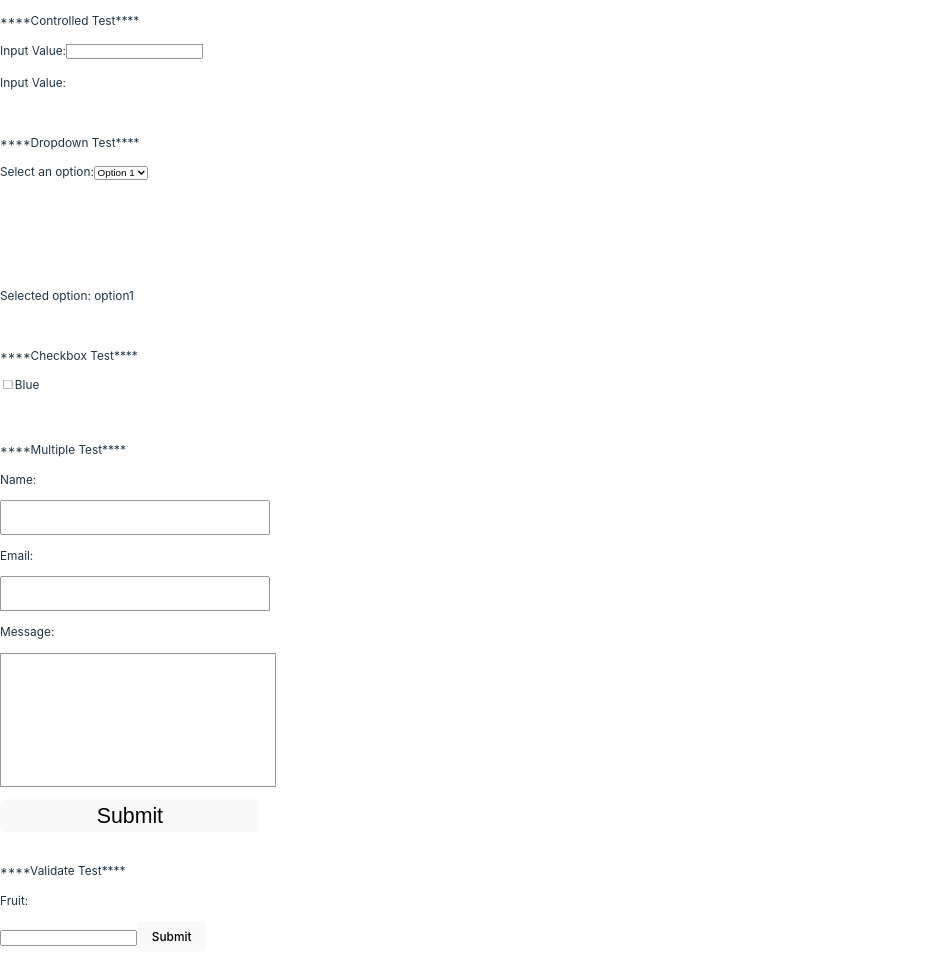
Repository: MariJafari/React-Form
Page: / (app in Desktop/Vite_jsx (3)/Vite_jsx/React Forms/)
These files come from the project's save history. The page is drawn as it stood at one moment and after a run of saves; the edit follows.
The browser window is 1280 px wide. The pictures show the whole page, at 74% of full size.
The project was rebuilt for these pictures with package versions that can differ from the ones it lists, and the page was loaded fresh each time. Also part of the build but not shown: Desktop/Vite_jsx (3)/Vite_jsx/React Forms/vite.config.js.

Above is the page before, as saved 2023-10-28 21:49:01.

### Desktop/Vite_jsx (3)/Vite_jsx/React Forms/src/App.jsx
// eslint-disable-next-line no-unused-vars
import React from "react";
import Validate from "./components/Validate/Validate";
import Dropdown from "./components/Dropdown/Dropdown";
import Checkbox from "./components/Checkbox/Checkbox";
import Multiple from "./components/Multiple/Multiple";
// import Uncontrolled from "./components/Uncontrolled/Uncontrolled";
// import Controlled from "./components/Controlled/Controlled";
// import ReactHookForm from "./components/ReactHookForm/Example";
//eslint-disable-next-line no-unused-vars
import ControlledComponent from "./components/Controlled/Controlled";




const App = () => {
 return (
 <div>
   <p>****Controlled Test****</p>
   {<ControlledComponent />}
  <br />
   <p>****Dropdown Test****</p>
   {<Dropdown />}
   <br />
   <p>****Checkbox Test****</p>
   {<Checkbox /> }
   <br />
   <p>****Multiple Test****</p>
   { <Multiple /> }
   <br />
   <p>****Validate Test****</p>
   { <Validate /> }
   <p></p>

 {/*{<Controlled/>}





 <ReactHookForm /> */}

 </div>
 );
};
export default App;

### Desktop/Vite_jsx (3)/Vite_jsx/React Forms/src/components/Validate/Validate.jsx
import { useState } from "react";

export default function Validate() {
 const [inputValue, setInputValue] = useState("");
 const [inputError, setInputError] = useState(null);
 function handleInputChange(event) {
 const value = event.target.value;
 setInputValue(value);
 if (value.length < 5) {
 setInputError("Input must be at least 5 characters");
 } else {
 setInputError(null);
 }
 }
 function handleSubmit(event) {
    event.preventDefault();
    if (inputValue.length >= 5) {
        setInputError("Input is valid");
     } else {
    setInputError("Input must be at least 5 characters");
    }
   }


 return (
 <form onSubmit={handleSubmit}>
<label>
 <p>Fruit:</p>
 <input type="text" value={inputValue} onChange={handleInputChange} />
 </label>
 {inputError && <div style={{ color: "red" }}>{inputError}</div>}
 <button type="submit">Submit</button>
 </form>
 );
}

### Desktop/Vite_jsx (3)/Vite_jsx/React Forms/src/components/Dropdown/Dropdown.jsx
// eslint-disable-next-line no-unused-vars
import React, { useState } from "react";
import "./dropdown.css";

export default function Dropdown()
 {
        const [selectedOption, setSelectedOption] = useState("option1");
        const handleDropdownChange = (event) => {
        setSelectedOption(event.target.value);
        };

        return (
            <form>
                 <label>
                    Select an option:
                    <select value={selectedOption} onChange={handleDropdownChange}>
 <option value="option1">Option 1</option>
 <option value="option2">Option 2</option>
<option value="option3">Option 3</option>
                    </select>
                </label>
                    <p className="dropdown__selected">Selected option: {selectedOption}</p>
            </form>
        );
}

### Desktop/Vite_jsx (3)/Vite_jsx/React Forms/src/components/Checkbox/Checkbox.jsx
// eslint-disable-next-line no-unused-vars
import  React, { useState } from "react";

import "./checkbox.css";

function Checkbox() {
        const [isChecked, setIsChecked] = useState(false);
        const handleChange = (event) => {
        setIsChecked(event.target.checked);
        };
        return (
            <form>
                <label htmlFor="color" className="checkbox__text">
                    <input
                        className="checkbox__input"
                        type="checkbox"
                        name="color"
                        checked={isChecked}
                        onChange={handleChange}
                     />
                        Blue
                </label>
                {isChecked && <div>Blue is selected!</div>}
            </form>
        );
}
    export default Checkbox;

### Desktop/Vite_jsx (3)/Vite_jsx/React Forms/src/components/Multiple/Multiple.jsx
// eslint-disable-next-line no-unused-vars
import React, { useState } from "react";

import "./multiple.css";

export default function Multiple()
{
    const [formData, setFormData] = useState({
        name: "",
        email: "",
        message: "",
    });

    const handleChange = (event) => {
    const { name, value } = event.target;
    setFormData((prevFormData) => ({ ...prevFormData, [name]: value }));
    };

     const handleSubmit = (event) => {
     event.preventDefault();
     alert(`Name: ${formData.name}, Email: ${formData.email}, Message: ${formData.message}`);
    };

    return (
        <form onSubmit={handleSubmit} className="multiple">
            <label className="multiple__text" htmlFor="name">
            Name:
            </label>
                <input
                type="text"
                id="name"
                className="multiple__input"
                name="name"
                value={formData.name}
                 onChange={handleChange}
                 />
            <label className="multiple__text" htmlFor="email">
            Email:
            </label>
                <input
                type="email"
                id="email"
                className="multiple__input"
                name="email"
                value={formData.email}
                onChange={handleChange}
                />
            <label className="multiple__text" htmlFor="message">
            Message:
            </label>
                <textarea
                id="message"
                className="multiple__textarea"
                name="message"
                value={formData.message}
                onChange={handleChange}
            />
            <button className="multiple__button" type="submit">
             Submit
            </button>
         </form>
        );
}

### Desktop/Vite_jsx (3)/Vite_jsx/React Forms/src/components/Controlled/Controlled.jsx
/* eslint-disable no-unused-vars */
import React, { useState } from "react";

import "./controlled.css";

export default function ControlledComponent()
 {
    const [inputValue, setInputValue] = useState("");
    const handleChange = (event) => {
    setInputValue(event.target.value);
    };

    return (
        <form>
            <label>
            Input Value:
            <input type="text" value={inputValue} onChange={handleChange} />
            </label>
            <p className="controlled__text">Input Value: {inputValue}</p>
        </form>
    );

}

### Desktop/Vite_jsx (3)/Vite_jsx/React Forms/src/components/Dropdown/dropdown.css
.dropdown__selected {margin-top: 9rem;
    }

### Desktop/Vite_jsx (3)/Vite_jsx/React Forms/src/components/Checkbox/checkbox.css
.checkbox__input {
    margin-bottom: 30px;
    }

### Desktop/Vite_jsx (3)/Vite_jsx/React Forms/src/components/Multiple/multiple.css
.multiple {
    max-width: 400px;
    width: 90%;
    display: flex;
    flex-direction: column;
    gap: 1rem;
    }
    .multiple__input,
    .multiple__button,
    .multiple__textarea {
    font-family: "Poppins", sans-serif;
    font-size: 1.8rem;
    width: 100%;
    }
    .multiple__input {
    padding: 5px;
    }
    .multiple__text {
    display: block;
    }
    .multiple__button {
     display: block;
    padding: 5px 0;
     cursor: pointer;
    }
    .multiple__textarea {
     padding: 10px;
    resize: none;
     height: 10rem;
    }

### Desktop/Vite_jsx (3)/Vite_jsx/React Forms/src/components/Controlled/controlled.css
.controlled__text {
  margin-top: 20px;
    }

### Desktop/Vite_jsx (3)/Vite_jsx/React Forms/src/components/Uncontrolled/Uncontrolled.jsx
import { useRef } from "react";
import "./uncontrolled.css";
export default function Uncontrolled() {
const selectRef = useRef(null);
const checkboxRef = useRef(null);
const inputRef = useRef(null);
function handleSubmit(event) {
 event.preventDefault();
console.log("Input value:", inputRef.current.value);
 console.log("Select value:", selectRef.current.value);
 console.log("Checkbox value:", checkboxRef.current.checked);
}
 return (
 <form className="uncontrolled" onSubmit={handleSubmit}>
 <label>
 <p>Name:</p>
<input ref={inputRef} type="text" />
</label>
 <label>
 <p>Favorite color:</p>
 <select ref={selectRef}>
 <option value="red">Red</option>
<option value="green">Green</option>
 <option value="blue">Blue</option>
 </select>
 </label>
 <label className="uncontrolled__checkbox">
 Do you like React?
 <input type="checkbox" ref={checkboxRef} />
 </label>
 <button className="uncontrolled__button" type="submit">
 Submit
 </button>
 </form>
 );
}

### Desktop/Vite_jsx (3)/Vite_jsx/React Forms/src/components/Uncontrolled/uncontrolled.css
.uncontrolled {
    display: flex;
    flex-direction: column;
    align-items: flex-start;
    gap: 2rem;
    }
    .uncontrolled__button {
    font-family: "Poppins", sans-serif;
    font-size: 1.8rem;
    padding: 5px 10px;
    }
    .uncontrolled__checkbox {
     display: flex;
    align-items: center;
    gap: 10px;
    }

Loaded but not shown: Desktop/Vite_jsx (3)/Vite_jsx/React Forms/index.html (common file); Desktop/Vite_jsx (3)/Vite_jsx/React Forms/src/main.jsx (common file); Desktop/Vite_jsx (3)/Vite_jsx/React Forms/src/index.css (common file)

After the next 3 saves:
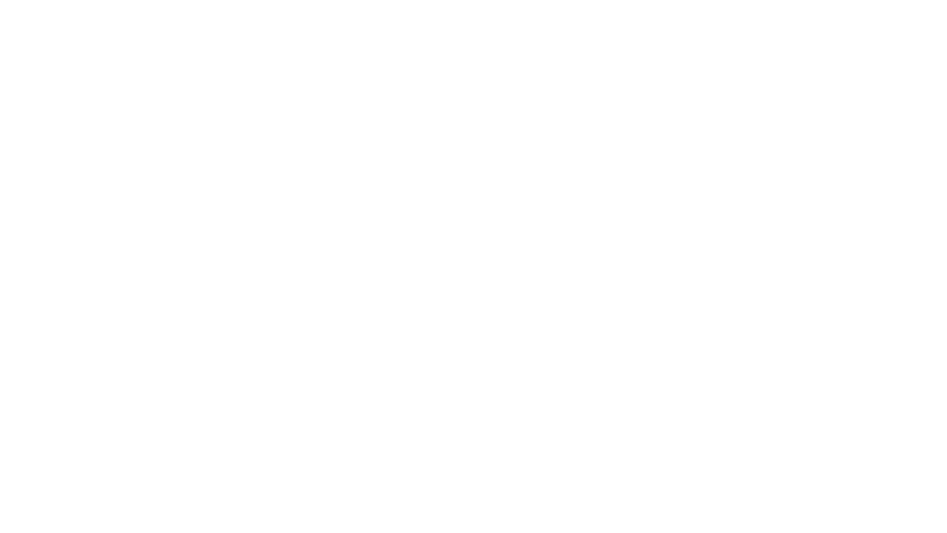
Console error: ReferenceError: Uncontrolled is not defined
The 3 saves are shown as one change because they came seconds apart.
The last was saved 12 s later.
--- a/Desktop/Vite_jsx (3)/Vite_jsx/React Forms/src/App.jsx
+++ b/Desktop/Vite_jsx (3)/Vite_jsx/React Forms/src/App.jsx
@@ -30,7 +30,8 @@ const App = () => {
    <br />
    <p>****Validate Test****</p>
    { <Validate /> }
-   <p></p>
+   <p>****Uncontrolled Test****</p>
+   {<Uncontrolled />}
 
  {/*{<Controlled/>}
 

After the 2 saves that followed:
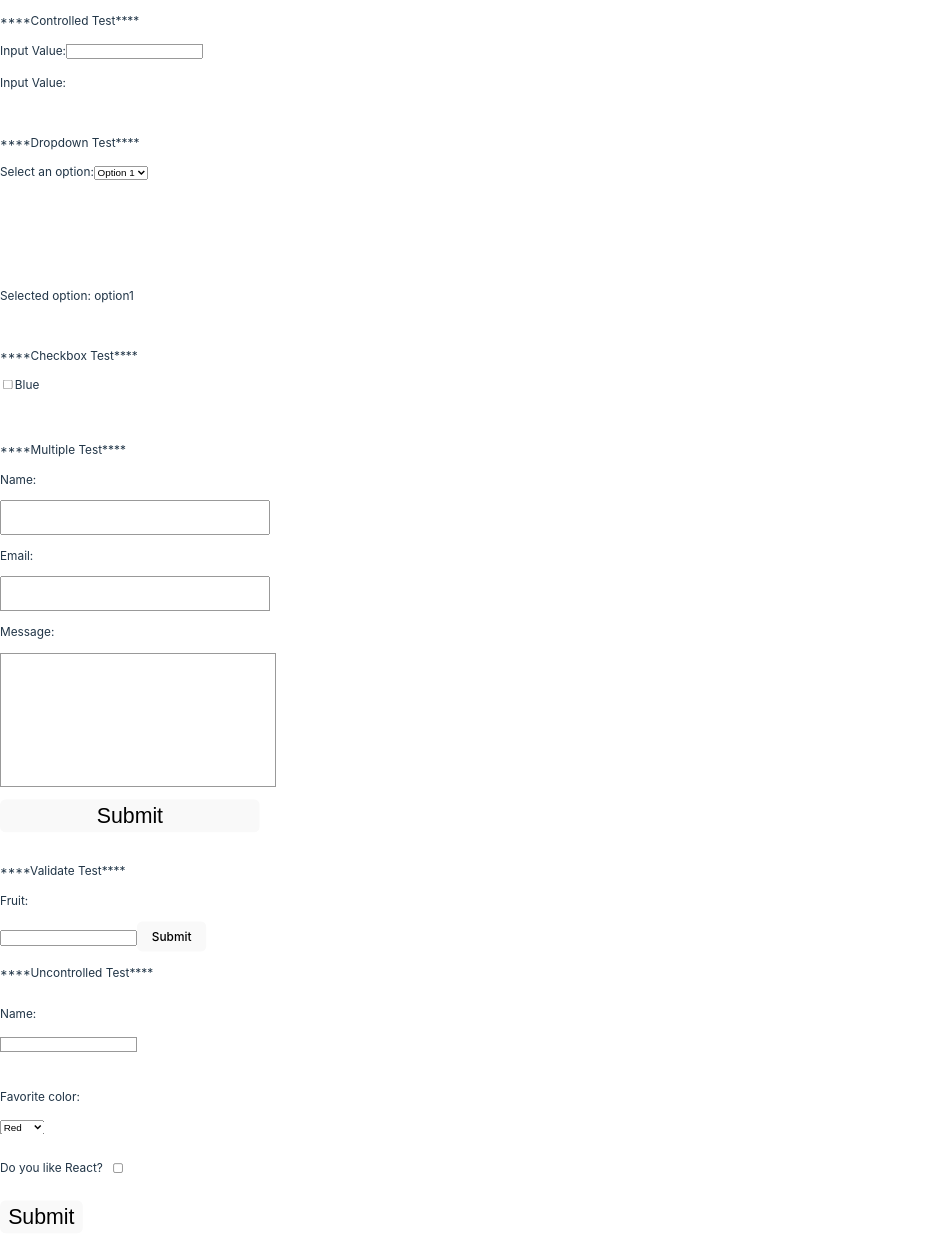
The error is gone.
The 2 saves are shown as one change because they came seconds apart.
The last was saved 6 s later.
--- a/Desktop/Vite_jsx (3)/Vite_jsx/React Forms/src/App.jsx
+++ b/Desktop/Vite_jsx (3)/Vite_jsx/React Forms/src/App.jsx
@@ -4,7 +4,7 @@ import Validate from "./components/Validate/Validate";
 import Dropdown from "./components/Dropdown/Dropdown";
 import Checkbox from "./components/Checkbox/Checkbox";
 import Multiple from "./components/Multiple/Multiple";
-// import Uncontrolled from "./components/Uncontrolled/Uncontrolled";
+import Uncontrolled from "./components/Uncontrolled/Uncontrolled";
 // import Controlled from "./components/Controlled/Controlled";
 // import ReactHookForm from "./components/ReactHookForm/Example";
 //eslint-disable-next-line no-unused-vars
